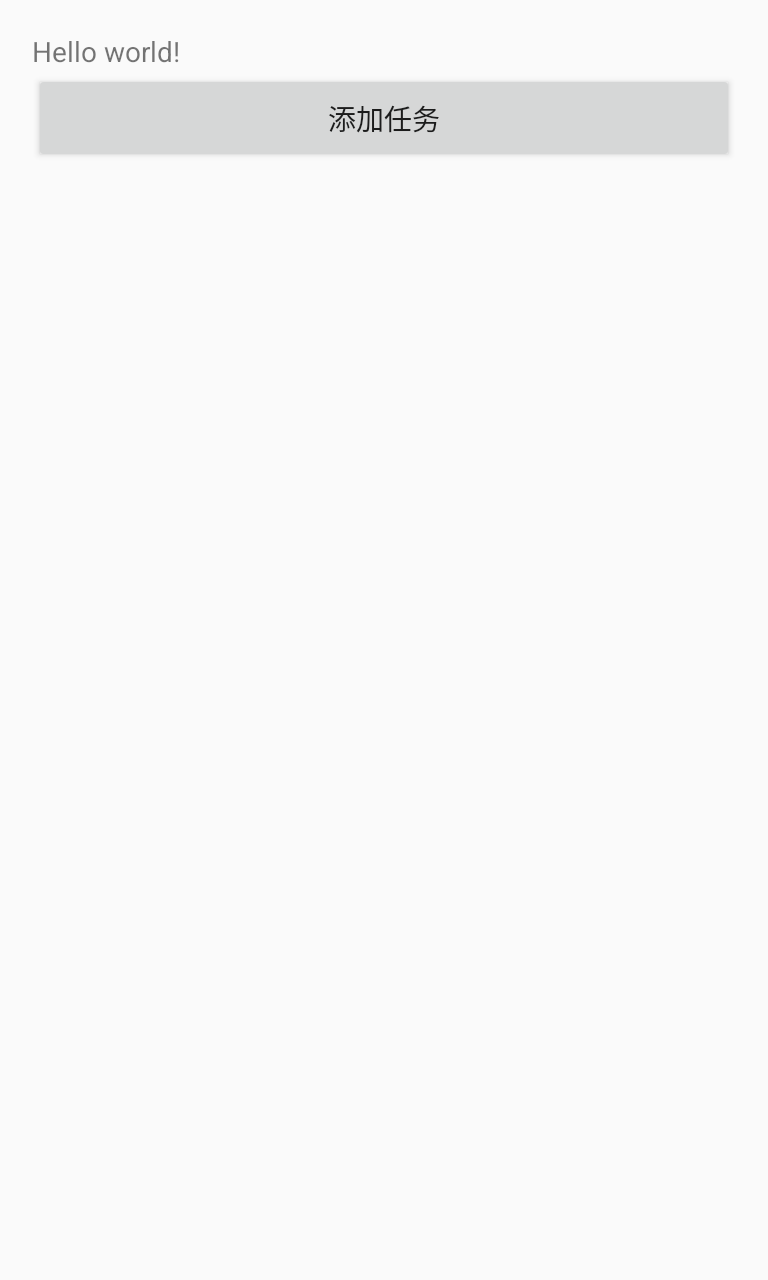
Repository: sh-zh-en/NBTodo
Layout: nbtodo/NBTodo/res/layout/activity_nbtodo_main.xml
An editor plug-in stored every save of this project. The layout is shown before and after the next save, followed by the edit.
It is drawn on a 768 x 1280 px phone screen (xhdpi) without system bars, with theme AppTheme; the app's code is not run.

Above is the layout before, as saved 2015-03-05 08:37:40.

### nbtodo/NBTodo/res/layout/activity_nbtodo_main.xml
<RelativeLayout xmlns:android="http://schemas.android.com/apk/res/android"
    xmlns:tools="http://schemas.android.com/tools"
    android:layout_width="match_parent"
    android:layout_height="match_parent"
    android:paddingBottom="@dimen/activity_vertical_margin"
    android:paddingLeft="@dimen/activity_horizontal_margin"
    android:paddingRight="@dimen/activity_horizontal_margin"
    android:paddingTop="@dimen/activity_vertical_margin"
    tools:context="com.nba.nbtodo.NBTodoMainActivity" >

    <TextView
        android:id="@+id/textview"
        android:layout_width="wrap_content"
        android:layout_height="wrap_content"
        android:text="@string/hello_world" />
    <Button
        android:id="@+id/button"
        android:layout_width="match_parent"
        android:layout_height="wrap_content"
        android:layout_below="@id/textview"
        android:text="@string/activity_nbtodo_main_button01" />


</RelativeLayout>

### nbtodo/NBTodo/res/values/strings.xml
<?xml version="1.0" encoding="utf-8"?>
<resources>

    <string name="app_name">NBTodo</string>
    <string name="hello_world">Hello world!</string>
    <string name="action_settings">Settings</string>


    <string name="activity_nbtodo_main_button01">添加任务</string>


    <string name="addition_task_layout_edittext01">请输入待办事项</string>
    <string name="addition_task_layout_radiobutton01">很重要-很紧急</string>
    <string name="addition_task_layout_radiobutton02">很重要-不紧急</string>
    <string name="addition_task_layout_radiobutton03">不重要-很紧急</string>
    <string name="addition_task_layout_radiobutton04">不重要-不紧急</string>
    <string name="addition_task_button">+</string>
    <string name="edit">></string>
    <string name="task_menu">menu</string>
    <string name="show_time">此处显示时间</string>





</resources>

Loaded but not shown: nbtodo/NBTodo/res/values/styles.xml (common file); nbtodo/NBTodo/res/values-v11/styles.xml (common file); nbtodo/NBTodo/res/values-v14/styles.xml (common file); nbtodo/NBTodo/res/values/dimens.xml (common file); nbtodo/NBTodo/res/values-w820dp/dimens.xml (common file)

After the next save:
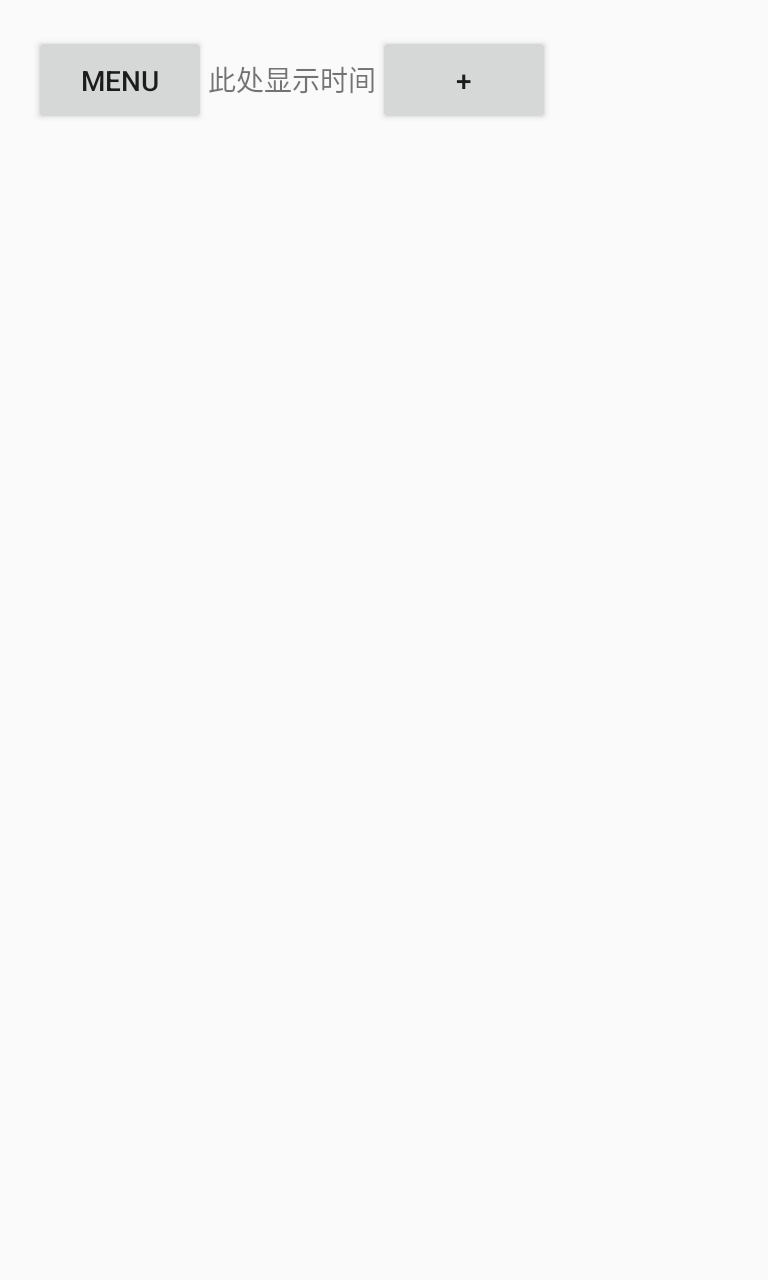
Saved 58 s later.
--- a/nbtodo/NBTodo/res/layout/activity_nbtodo_main.xml
+++ b/nbtodo/NBTodo/res/layout/activity_nbtodo_main.xml
@@ -7,18 +7,31 @@
     android:paddingRight="@dimen/activity_horizontal_margin"
     android:paddingTop="@dimen/activity_vertical_margin"
     tools:context="com.nba.nbtodo.NBTodoMainActivity" >
+    <LinearLayout
+		android:layout_width="match_parent"
+		android:layout_height="match_parent"
+		android:orientation="horizontal" >
+		<Button
+	        android:id="@+id/button"
+	        android:layout_width="wrap_content"
+	        android:layout_height="wrap_content"
+	        android:text="@string/task_menu"
+	        />
+		<TextView
+	        android:id="@+id/textview"
+	        android:layout_width="wrap_content"
+	        android:layout_height="wrap_content"
+	        android:text="@string/show_time"
+			/>
+		<Button
+	        android:id="@+id/button"
+	        android:layout_width="wrap_content"
+	        android:layout_height="wrap_content"
+	        android:text="@string/addition_task_button"
+	        />
+	</LinearLayout>
 
-    <TextView
-        android:id="@+id/textview"
-        android:layout_width="wrap_content"
-        android:layout_height="wrap_content"
-        android:text="@string/hello_world" />
-    <Button
-        android:id="@+id/button"
-        android:layout_width="match_parent"
-        android:layout_height="wrap_content"
-        android:layout_below="@id/textview"
-        android:text="@string/activity_nbtodo_main_button01" />
+
 
 
 </RelativeLayout>
